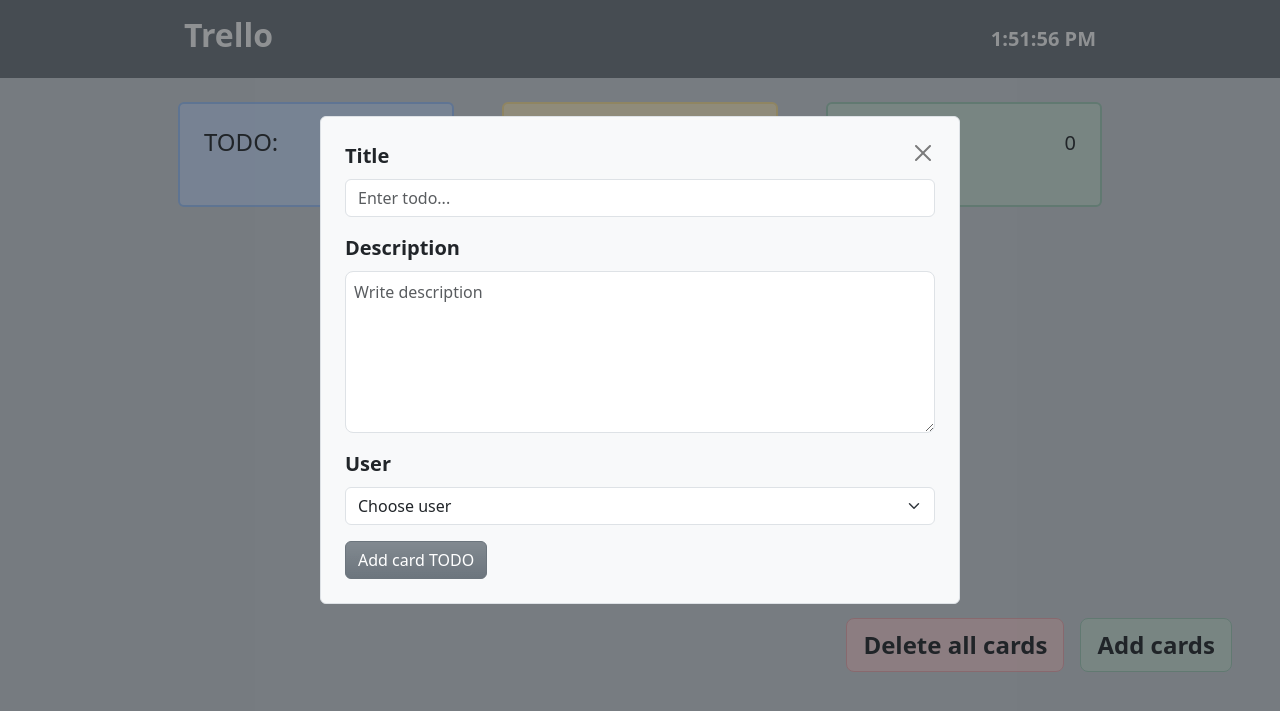
Repository: Valeria154/trello-app-clone
Page: / (app in trello-app-project/)
The author's editor kept a copy of each file at every save. The page is drawn from the files as they stood at one save, then again after the next save.
The browser window is 1280 px wide. The pictures show the whole page.
After loading, the first visible `#addCardBtn` was clicked once.
The project was rebuilt for these pictures with package versions that can differ from the ones it lists, and the page was loaded fresh each time. Also part of the build but not shown: trello-app-project/vite.config.js.

Above is the page before, as saved 2025-03-16 21:29:52.
Console error: TypeError: Cannot read properties of null (reading 'addEventListener')

### trello-app-project/src/index.html
<!doctype html>
<html lang="en">

<head>
	<meta charset="UTF-8" />
	<meta name="viewport" content="width=device-width, initial-scale=1.0" />
	<title>Trello</title>
	<script type="module" src="./main.js"></script>
</head>

<body class="bg-dark-subtle">
	<header class="bg-secondary p-3">
		<div class="container d-flex justify-content-between align-items-center mx-autox w-75">
			<h1 class="fs-2 fw-bold text-white">Trello</h1>
			<div class="fs-5 fw-semibold text-white" id="clock"></div>
		</div>
	</header>
	<main class="p-4">
		<div class="container text-center w-75" id="containerTodo">
			<div class="row align-items-start mb-6 gap-5">
				<!-- TODO -->
				<div class="col border border-primary-subtle border-2 rounded-2 text-dark p-4 bg-primary-subtle">
					<div class="d-flex justify-content-between mb-3">
						<h4>TODO:</h4>
						<div id="todoCount" class="fs-5">0</div>
					</div>
					<div id="todo" data-role="status"></div>
				</div>
				<!-- In progress -->
				<div class="col border border-warning-subtle border-2 rounded-2 text-dark p-4 bg-warning-subtle">
					<div class="d-flex justify-content-between mb-3">
						<h4>IN PROGRESS:</h4>
						<div id="progressCount " class="fs-5">0</div>
					</div>
					<div id="progress" data-role="status"></div>
				</div>
				<!-- Done -->
				<div class="col border border-success-subtle border-2 rounded-2 text-dark p-4 bg-success-subtle">
					<div class="d-flex justify-content-between mb-3">
						<h4>DONE:</h4>
						<div id="doneCount" class="fs-5">0</div>
					</div>
					<div id="done" data-role="status"></div>
				</div>
			</div>
			<div class="d-grid gap-2 d-md-flex justify-content-md-end position-fixed bottom-0 end-0 p-5">
				<button class="btn btn-lg bg-danger-subtle border-danger-subtle me-md-2 fs-4 fw-semibold" type="button"
					id="deleteAllBtn">Delete all
					cards</button>
				<button id="addCardBtn" class="btn btn-lg bg-success-subtle border-success-subtle fs-4 fw-semibold"
					type="button">Add
					cards</button>
			</div>
			<!-- Modal form -->
			<div id="modalFormContainer" class="position-relative block" style="z-index: 20">
				<!-- <div class="d-flex align-items-center justify-content-center position-fixed top-0 start-0 w-100 h-100 bg-dark bg-opacity-50">
					<form id="todoForm" class="p-4 border rounded bg-light text-start fw-semibold w-50 position-relative">
						<div class="mb-3">
							<label for="title" class="form-label fs-5">Title</label>
							<input type="text" class="form-control" id="title" placeholder="Enter todo...">
						</div>
						<div class="mb-3">
							<label for="description" class="form-label fs-5">Description</label>
							<textarea class="form-control p-2 rounded-3" id="description" rows="6"
								placeholder="Write description"></textarea>
						</div>
						<div class="mb-3">
							<label for="user" class="form-label fs-5">User </label>
							<select id="user" class="form-select">
								<option selected value="">Choose user</option>
								<option value="Amelia">Amelia</option>
								<option value="Mary">Mary</option>
								<option value="Thomas">Thomas</option>
								<option value="Harry">Harry</option>
								<option value="Susan">Susan</option>
							</select>
						</div>
						<button type="submit" class="btn btn-primary bg-secondary bg-gradient border-secondary">Add card
							TODO</button>
						<button type="button" class="btn-close position-absolute top-0 end-0 me-4 mt-4"
							aria-label="close"></button>
					</form>
				</div> -->
			</div>
		</div>
	</main>

</body>

</html>

### trello-app-project/src/main.js
import './style.scss'
// import javascriptLogo from './javascript.svg'
// import viteLogo from '/vite.svg'

// const storageKey = 'todos'
// const todos = getDataFromStorage()
// const clockElement = document.querySelector('#clock')
// const containerTodoElement = document.querySelector('.container-todo')
// const formElement = document.querySelector('#form')
// const buttonAddTodoElement = document.querySelector('#addTodoBtn')
// const deleteAllButtonElement = document.querySelector('#deleteAllBtn')
// const [todoContainerElement, inProgressContainerElement, doneContainerElement,] = document.querySelectorAll('[data-role="status-column"]')
// const [todoCountElement, inProgressCountElement, doneCountElement] = document.querySelectorAll('[data-role="count-cards"]')
// // Modals
// const formModalElement = document.querySelector('#formModal')
// const deleteAllModalElement = document.querySelector('#deleteAllModal')
// const confirmBtn = document.querySelector('[data-role="confirm-delete"]');
// const cancelBtn = document.querySelector('[data-role="cancel-delete"]');
// const progressLimitModalElement = document.querySelector('#progressLimitModal')

// const statusArr = ['todo', 'progress', 'done']
const todos = getData()
const clockElement = document.querySelector('#clock')
const addCardBtnElement = document.querySelector('#addCardBtn')
const modalFormElement = document.querySelector('#modalFormContainer')
const formElement = document.querySelector('#form')

const containerTodoElement = document.querySelector('#containerTodo')
const [todoContainerElement, inProgressContainerElement, doneContainerElement] = document.querySelectorAll('[data-role="status"]')
const [todoCountElement, inProgressCountElement, doneCountElement] = document.querySelectorAll('[data-role="status"]')
const todoContainer = document.querySelector('#todo')
const todoCount = document.querySelector('#todoCount')

const statusArr = ['todo', 'inprogress', 'done']

addCardBtnElement.addEventListener('click', handleClickButtonAddCard)
containerTodoElement.addEventListener('submit', handleSubmitForm)

//Часы
function showClock() {
	clockElement.textContent = new Date().toLocaleTimeString()
}
setInterval(showClock, 1000)
showClock()

function handleClickButtonAddCard() {
	if (!formElement) {
		modalFormElement.innerHTML = buildModalForm()
		const btnCloseElement = modalFormElement.querySelector('.btn-close')
		btnCloseElement.addEventListener('click', () => toggleModal(modalFormElement))

		const formElement = modalFormElement.querySelector('#form')
		formElement.addEventListener('submit', handleSubmitForm)
	}
	toggleModal(modalFormElement) // Открываем модальное окно
}

function toggleModal(modal) {
	if (modal.classList.contains('block')) {
		modal.classList.replace('block', 'hidden')
	} else {
		modal.classList.replace('hidden', 'block')
	}
}

function buildModalForm() {
	return `
				<div class="d-flex align-items-center justify-content-center position-fixed top-0 start-0 w-100 h-100 bg-dark bg-opacity-50">
					<form id="todoForm" class="p-4 border rounded bg-light text-start fw-semibold w-50 position-relative">
						<div class="mb-3">
							<label for="title" class="form-label fs-5">Title</label>
							<input type="text" class="form-control" id="title" placeholder="Enter todo...">
						</div>
						<div class="mb-3">
							<label for="description" class="form-label fs-5">Description</label>
							<textarea class="form-control p-2 rounded-3" id="description" rows="6"
								placeholder="Write description"></textarea>
						</div>
						<div class="mb-3">
							<label for="user" class="form-label fs-5">User </label>
							<select id="user" class="form-select">
								<option selected value="">Choose user</option>
								<option value="Amelia">Amelia</option>
								<option value="Mary">Mary</option>
								<option value="Thomas">Thomas</option>
								<option value="Harry">Harry</option>
								<option value="Susan">Susan</option>
							</select>
						</div>
						<button type="submit" class="btn btn-primary bg-secondary bg-gradient border-secondary">Add card
							TODO</button>
						<button type="button" class="btn-close position-absolute top-0 end-0 me-4 mt-4"
							aria-label="close"></button>
					</form>
				</div>
	`
}
function handleSubmitForm(event) {
	event.preventDefault();
	console.log('Форма отправляется!');

	// Сбор данных
	const formData = new FormData(event.target);
	const formDataObject = Object.fromEntries(formData);
	console.log('Полученные данные:', formDataObject);

	// Обработка новой или редактируемой задачи
	const { editedId } = formElement.dataset;
	if (editedId) {
		const editedTodoIndex = todos.findIndex(todo => todo.id == editedId);
		if (editedTodoIndex !== -1) {
			todos[editedTodoIndex] = { ...todos[editedTodoIndex], ...formDataObject };
			setData(todos);
			render(todos);
		} else {
			console.error('Задача с указанным ID не найдена.');
		}
	} else {
		const newTodo = new Todo(formDataObject);
		todos.push(newTodo);
		setData(todos);
		render(todos);
	}

	// Актуальная форма
	const formElement = modalFormElement.querySelector('#form');
	if (!formElement) {
		console.error('Форма не найдена!');
		return;
	}
	// Сброс формы и закрытие
	formElement.reset();
	toggleModal(modalFormElement);
	delete formElement.dataset.editedId;
}
// function handleSubmitForm(event) {
// 	event.preventDefault()
// 	console.log('Форма отправляется!')
// 	// Получаем данные из формы
// 	const formData = new FormData(event.target)
// 	const formDataObject = Object.fromEntries(formData) // преобразуем, полученные иданные, в объект ключ-значение
// 	console.log('Полученные данные:', formDataObject)

// 	const { editedId } = formElement.dataset
// 	if (editedId) {
// 		const editedTodoIndex = todos.findIndex(todo => todo.id == editedId)
// 		todos[editedTodoIndex] = { ...todos[editedTodoIndex], ...formDataObject }
// 		setData(todos)
// 		render(todos)
// 	} else {
// 		const newTodo = new Todo(formDataObject) // создаем новую todo с данными из формы
// 		todos.push(newTodo) // добавление новой задачи в массив
// 		setData(todos) // сохранение обновленного массива в localStorage
// 		render(todos) // перерисовка списка задач
// 	}
// 	formElement.reset()
// 	toggleModal(modalFormElement)
// 	delete formElement.dataset.editedId
// }

function getData() {
	return JSON.parse(localStorage.getItem('todos')) || []
}

function setData(todo) {
	localStorage.setItem('todos', JSON.stringify(todo))
}

function countTodos(todos) {
	const todoCountArr = todos.filter(todo => todo.status == 'todo')
	todoCountElement.textContent = todoCountArr.length
	const inProgressArr = todos.filter(todo => todo.status == 'progress')
	inProgressCountElement.textContent = inProgressArr.length
	const doneCountArr = todos.filter(todo => todo.status == 'done')
	doneCountElement.textContent = doneCountArr.length
}

class Todo {
	constructor({ title, description, user, status = '0' }) {
		this.id = Date.now()
		this.createdAt = new Date().toString()
		this.title = title
		this.description = description
		this.user = user
		this.status = statusArr[status]
	}
}

function render(todos = []) {
	todoContainerElement.innerHTML = '' //очищает контейнер задач
	inProgressContainerElement.innerHTML = ''
	doneContainerElement.innerHTML = ''
	todos.forEach(todo => {
		const statusColumn = document.querySelector(`#${todo.status}`)
		statusColumn.insertAdjacentHTML('beforeend', buildTodoTemplate(todo)) //новые задачи будут отображаться внизу так как beforeend вставляет новую задачу в конец контейнера
	})
	countTodos(todos)
	showClock()
}

function buildTodoTemplate({ id, title, description, user, status, createdAt }) {
	const date = currentDate(createdAt)
	return `
	        <div data-id="${id}" class="card bg-white">
            <div class="d-flex justify-content-center" role="group">
                <button type="button" class="btn btn-light" data-role="edit">EDIT</button>
                <select name="status" class="btn btn-light">
                    <option value="todo" ${status == 'todo' ? 'selected' : ''}>Todo</option>
                    <option value="progress" ${status == 'progress' ? 'selected' : ''}>In progress</option>
                    <option value="done" ${status == 'done' ? 'selected' : ''}>Done</option>
                </select>
                <button type="button" class="btn btn-light" data-role="remove">DELETE</button>
            </div>
            <div class="p-4 mb-2">
                <h4 class="text-start fs-5 fw-semibold">${title}</h4>
                <div class="text-start fs-6"><p>${description}</p></div>
            </div>
            <div class="d-flex justify-content-between text-start">
                <div>${user}</div>
                <div>${date}</div>
            </div>
        	</div>
	`
}

function currentDate(date = '', locale = 'ru-RU') {
	const dateTemplate = new Date(date)
	return `${dateTemplate.toLocaleDateString(locale)}, ${dateTemplate.toLocaleTimeString(locale)}`
}
// function currentDate(date = '', locale = 'ru-RU') {
// 	const dateTemplate = new Date(date)
// 	// const dateFormat = {
// 	// 	hour: 'numeric',
// 	// 	minute: 'numeric',
// 	// 	year: 'numeric',
// 	// 	month: 'numeric',
// 	// 	day: 'numeric'
// 	// }
// 	return `${dateTemplate.toLocaleDateString(locale)}, ${dateTemplate.toLocaleTimeString(locale)}`
// 	// return new Intl.DateTimeFormat(locale, dateFormat).format(dateTemplate)
// }

// class Todo {
// 	id = Date.now()
// 	createdAt = new Date().toString()
// 	constructor({ title, description, user, status = '0' }) {
// 		this.title = title
// 		this.description = description
// 		this.user = user
// 		this.status = statusArr[status]
// 	}

### trello-app-project/src/style.scss
@import "bootstrap/scss/bootstrap";

.hidden {
	display: none;
	opacity: 0;
	transition: opacity 0.3s ease;
}

.block {
	display: block;
	opacity: 1;
	transition: opacity 0.3s ease;
}

After the next save:
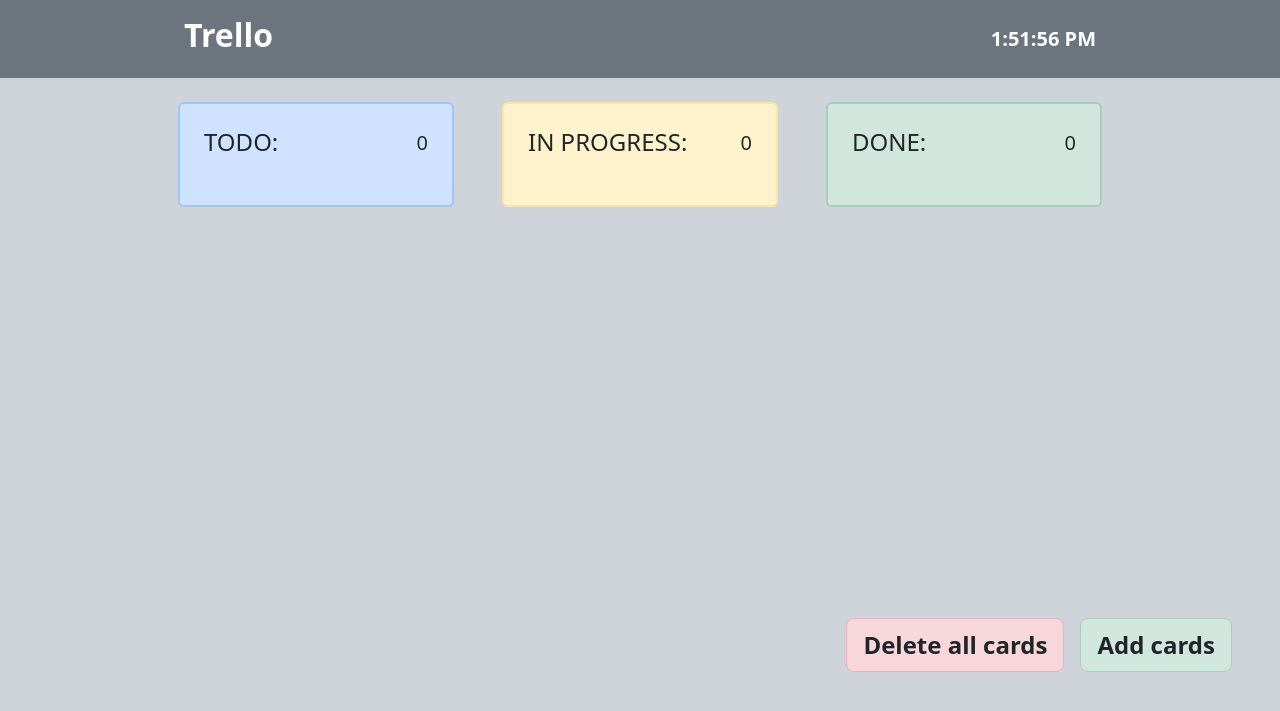
The error is gone.
Saved 3 min 15 s later.
--- a/trello-app-project/src/main.js
+++ b/trello-app-project/src/main.js
@@ -66,7 +66,7 @@
 function buildModalForm() {
 	return `
 				<div class="d-flex align-items-center justify-content-center position-fixed top-0 start-0 w-100 h-100 bg-dark bg-opacity-50">
-					<form id="todoForm" class="p-4 border rounded bg-light text-start fw-semibold w-50 position-relative">
+					<form id="form" class="p-4 border rounded bg-light text-start fw-semibold w-50 position-relative">
 						<div class="mb-3">
 							<label for="title" class="form-label fs-5">Title</label>
 							<input type="text" class="form-control" id="title" placeholder="Enter todo...">
